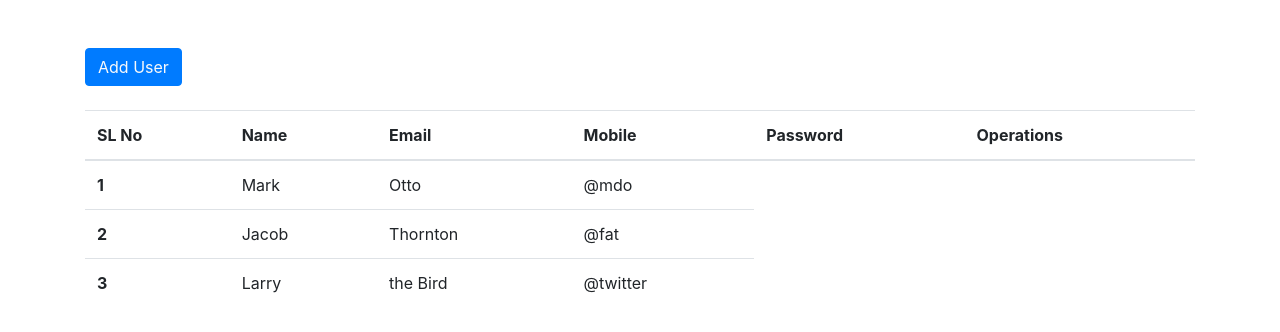
Repository: AMIT1439027/crud-app
Page: http://localhost/display.php
These files come from the project's save history. The page is drawn as it stood at one moment and after a run of saves; the edit follows.
The browser window is 1280 px wide. The pictures show the whole page.
The page is run by PHP 8.4 with error messages shown; the project is at /var/www/html/.

Above is the page before, as saved 2024-04-25 10:31:00.

After the next 2 saves:
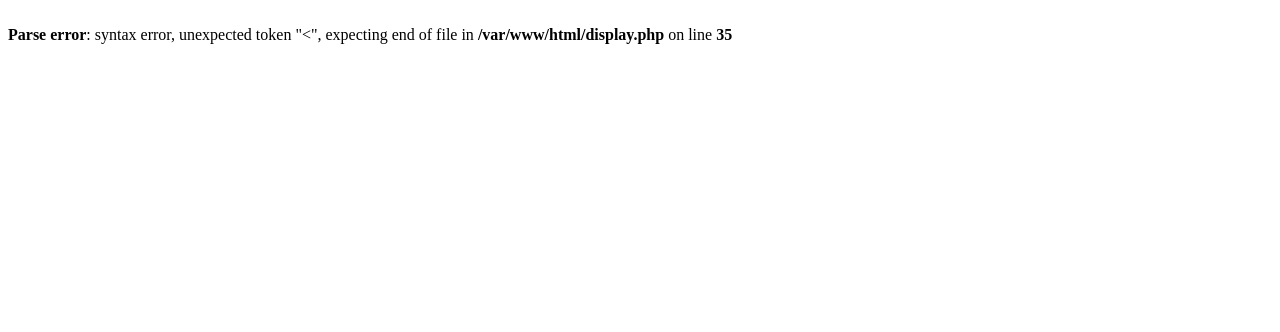
The 2 saves are shown as one change because they came seconds apart.
The last was saved 49 s later.
--- a/display.php
+++ b/display.php
@@ -30,6 +30,8 @@
     </tr>
   </thead>
   <tbody>
+
+  <?
     <tr>
       <th scope="row">1</th>
       <td>Mark</td>

After the save that followed:
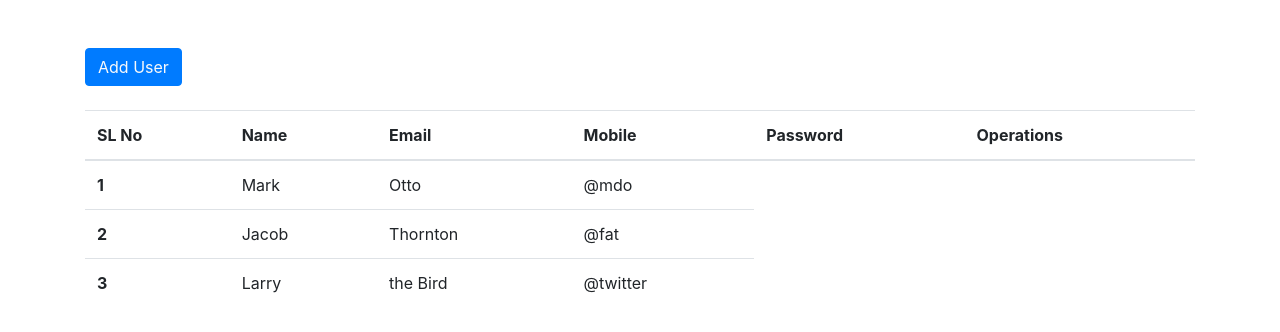
Saved 4 s later.
--- a/display.php
+++ b/display.php
@@ -31,7 +31,10 @@
   </thead>
   <tbody>
 
-  <?
+  <?php
+
+
+?>
     <tr>
       <th scope="row">1</th>
       <td>Mark</td>
